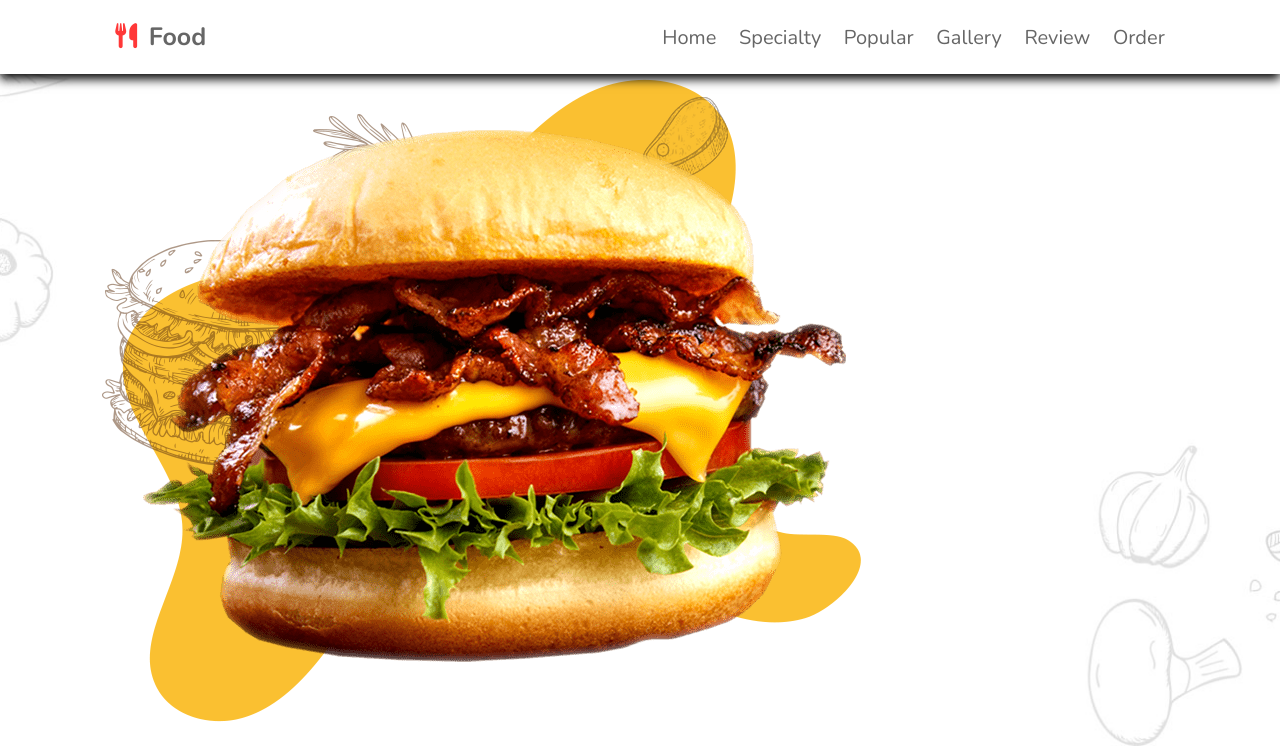
Repository: wenxi0504/ResturantApp-static-
Page: index.html
An editor plug-in stored every save of this project. The page is shown before and after the next save, followed by the edit.
The browser window is 1280 px wide. The pictures show the whole page.

Above is the page before, as saved 2022-01-09 22:28:29.
Console error: TypeError: Cannot read properties of null (reading 'classList')

### index.html
<!DOCTYPE html>
<html lang="en">
<head>
    <meta charset="UTF-8">
    <meta http-equiv="X-UA-Compatible" content="IE=edge">
    <meta name="viewport" content="width=device-width, initial-scale=1.0">
    <title>Maple Yip Seafood Restaurant</title>
    <!-- font awesome cnd link-->
    <link rel="stylesheet" href="https://cdnjs.cloudflare.com/ajax/libs/font-awesome/6.0.0-beta3/css/all.min.css">
    <!--custom css link-->
    <link rel="stylesheet" href="./style.css">
</head>
<body>
    <!--header section-->
    <header>
        <!-- current page-->
        <a href="#" class="logo"><i class="fas fa-utensils"></i> food </a>
        <div id="menu-bar" class="fas fa-bars"> </div>
        <nav class="navbar">
            <a href="#home">Home</a>
            <a href="#speciality">Specialty</a>
            <a href="#popular">Popular</a>
            <a href="#gallery">gallery</a>
            <a href="#revire">Review</a>
            <a href="#order">Order</a>
        </nav>
    </header>
    <!-- header section ends-->
    <!--home section-->
    <section class="home" id="home">
        <div class="content">
            <h3>food made with love</h3>
            <p>Lorem ipsum dolor sit, amet consectetur adipisicing elit. Voluptas accusamus tempore temporibus rem amet laudantium animi optio voluptatum. Natus obcaecati unde porro nostrum ipsam itaque impedit incidunt rem quisquam eos!</p>
            <a herf="#" class="btn">order now</a>
        </div>
        <div class="image">
            <img src="images/home-img.png" alt="home-img">
        </div>
    </section>
    <!--home section ends-->
<!--custom js file link-->
    <script src="script.js"></script>
</body>
</html>

### style.css
@import url('https://fonts.googleapis.com/css2?family=Nunito:wght@200;300;400;600;700&display=swap');

:root{
--red:#ff3838;
}
 /* match everything */
*{
    font-family: 'Nunito', sans-serif;
    margin:0;
    padding:0;
    box-sizing:border-box;
    outline:none;
    border:none;
    text-decoration: none;
    /* text 大小写 */
    text-transform: capitalize;
    transition: all .2s linear;
}

/* the part that the user choose to highlight */
*::selection{
    background:var(--red);
    color:#fff;
  }

html{
    font-size: 62.5%;
    overflow-x: hidden;
    scroll-behavior: smooth;
    scroll-padding-top:6rem;
}

body{
    background: #f7f7f7;
}

section{
    padding: 2rem 8%;
}

header{
    position:fixed;
    top:0;
    left:0;
    right: 0;
    z-index:1000;
    display: flex;
    align-items: center;
    justify-content: space-between;
    background:#fff;
    padding:2rem 9%;
    box-shadow: 0 .5rem 1rem rgba(0,0,0,1);

}

header .logo{
    font-size:2.5rem;
    font-weight: bolder;
    color:#666;
}

header .logo i{
    padding-right: .5rem;
    color:var(--red);
}

header .navbar a{
    font-size: 2rem;
    margin-left: 2rem;
    color:#666;
  }

header .navbar a:hover{

    color:var(--red);
}

#menu-bar{

    font-size:3rem;
    cursor:pointer;
    color:#666;
    border:.1rem solid #666;
    border-radius: .3rem;
    padding:.5rem 1.5rem;
    display: none;
}

.home{
  display:flex;
  flex-wrap: wrap;
  gap:1.5rem;
  min-height:100vh;
  align-items:center;
  background:url(./images/home-bg.jpg) no-repeat;
  background-size:cover;
  background-position: center;
}










/* media queries for different devices */


@media(max-width:991px){

    html{
      font-size: 55%;
    }

    header{
      padding:2rem;
    }

    section{
      padding:2rem;
    }

  }

  @media(max-width:768px){

    #menu-bar{
      display: initial;
    }

    header .navbar{
      position: absolute;
      top:100%; left: 0; right:0;
      background: #f7f7f7;
      border-top: .1rem solid rgba(0,0,0,.1);
      clip-path: polygon(0 0, 100% 0, 100% 0%, 0 0);
    }

    header .navbar.active{
      clip-path: polygon(0 0, 100% 0, 100% 100%, 0% 100%);
    }

    header .navbar a{
      margin: 1.5rem;
      padding:1.5rem;
      display: block;
      border:.2rem solid rgba(0,0,0,.1);
      border-left:.5rem solid var(--red);
      background:#fff;

    }

  }


  @media(max-width:450px){

    html{
      font-size: 50%;
    }

    .order .row form .inputBox input{
      width:100%;}
    }

### script.js
let menu= document.querySelector('#menu-bar');
let navbar=document.querySelector('.navbar');

menu.onclick=()=>{
    // 'fa-time' is "X" icon
    menu.classList.toggle('fa-times');
    navbar.classList.toggle('active');
}

window.onscroll= () =>{
    menu.classList.remove('fa-times');
    navbar.classList.remove('active');

    if(window.scrollY>60)
    {
        document.querySelector('#scroll-top').classList.add('active');
    }
    else
    {   document.querySelector('#scroll-top').classList.remove('active');

    }
}

After the next save:
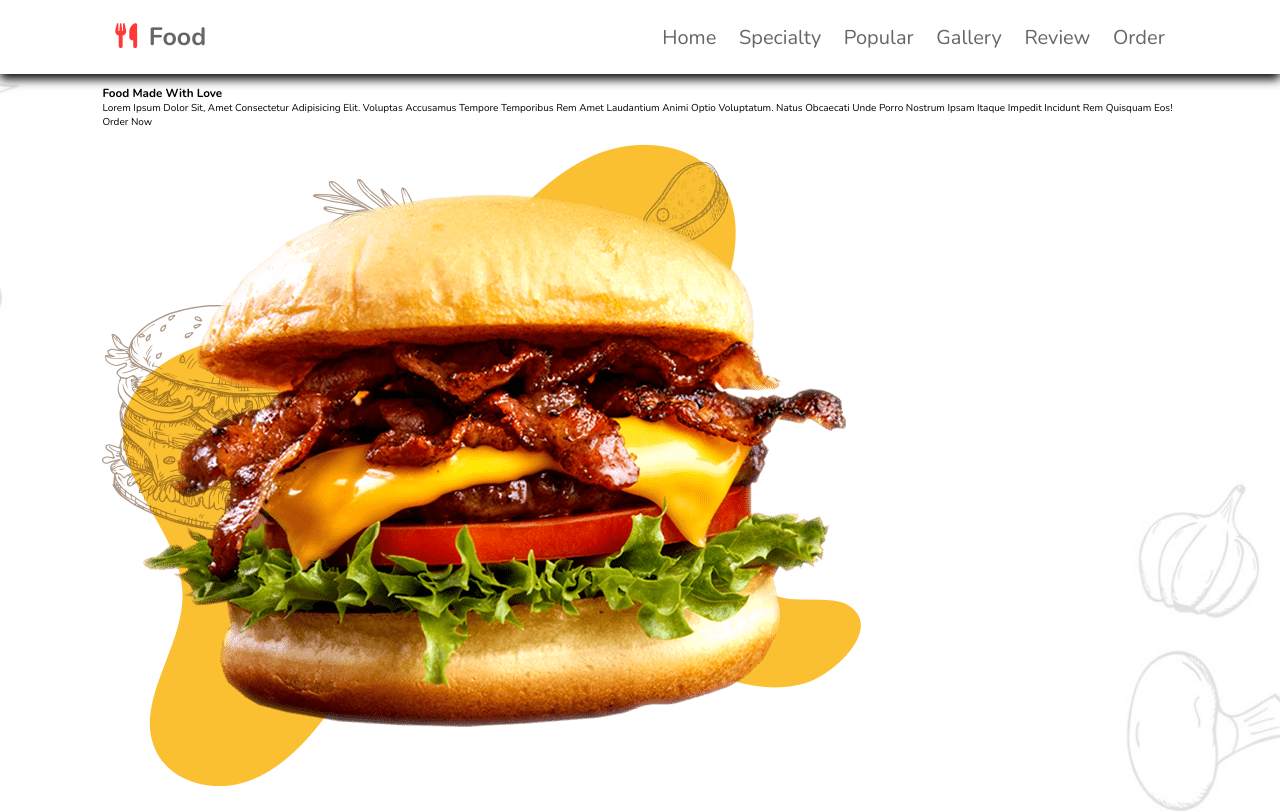
Saved 90 s later.
--- a/style.css
+++ b/style.css
@@ -97,6 +97,11 @@ header .navbar a:hover{
   background-position: center;
 }
 
+.home .content{
+  flex: 1 1 40rem;
+  padding-top: 6.5rem;
+}
+
 
 
 
